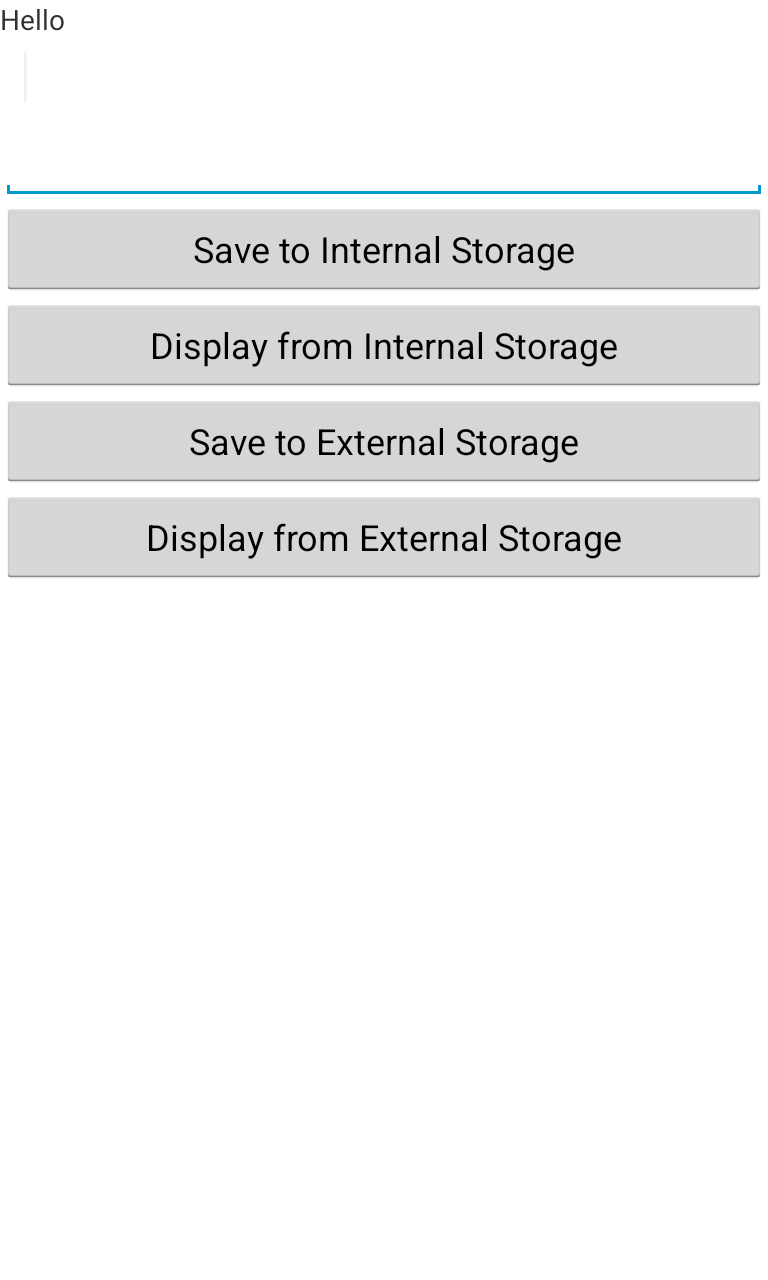
Repository: yashmoda/Android-Practice
Layout: storagedemo/res/layout/activity_main.xml
The author's editor kept a copy of each file at every save. The layout is drawn from the files as they stood at one save, then again after the next save.
It is drawn on a 768 x 1280 px phone screen (xhdpi) without system bars, with theme AppTheme; the app's code is not run.

Above is the layout before, as saved 2017-06-18 05:25:34.

### storagedemo/res/layout/activity_main.xml
<LinearLayout xmlns:android="http://schemas.android.com/apk/res/android"
    xmlns:tools="http://schemas.android.com/tools"
    android:layout_width="match_parent"
    android:layout_height="match_parent"
    android:orientation="vertical">

 <TextView android:layout_width="fill_parent"
  android:layout_height="wrap_content"
  android:text="Hello" />

 <EditText android:id="@+id/myInputText"
     android:layout_width="match_parent"
  android:layout_height="wrap_content"
  android:ems="10" android:lines="5"
  android:minLines="3" android:gravity="top|left"
  android:inputType="textMultiLine">

  <requestFocus />
 </EditText>

 <Button android:id="@+id/saveInternalStorage"
  android:layout_width="match_parent"
  android:layout_height="wrap_content"
  android:text="Save to Internal Storage" />

 <Button android:id="@+id/getInternalStorage"
  android:layout_width="match_parent"
  android:layout_height="wrap_content"
  android:text="Display from Internal Storage" />

 <Button android:id="@+id/saveExternalStorage"
  android:layout_width="match_parent"
  android:layout_height="wrap_content"
  android:text="Save to External Storage" />

 <Button android:id="@+id/getExternalStorage"
  android:layout_width="match_parent"
  android:layout_height="wrap_content"
  android:text="Display from External Storage" />

 <TextView android:id="@+id/responseText"
     android:layout_width="wrap_content"
  android:layout_height="wrap_content" android:padding="5dp"
  android:text=""
  android:textAppearance="?android:attr/textAppearanceMedium" />



</LinearLayout>

Loaded but not shown: storagedemo/res/values/styles.xml (common file); storagedemo/res/values-v11/styles.xml (common file); storagedemo/res/values-v14/styles.xml (common file)

After the next save:
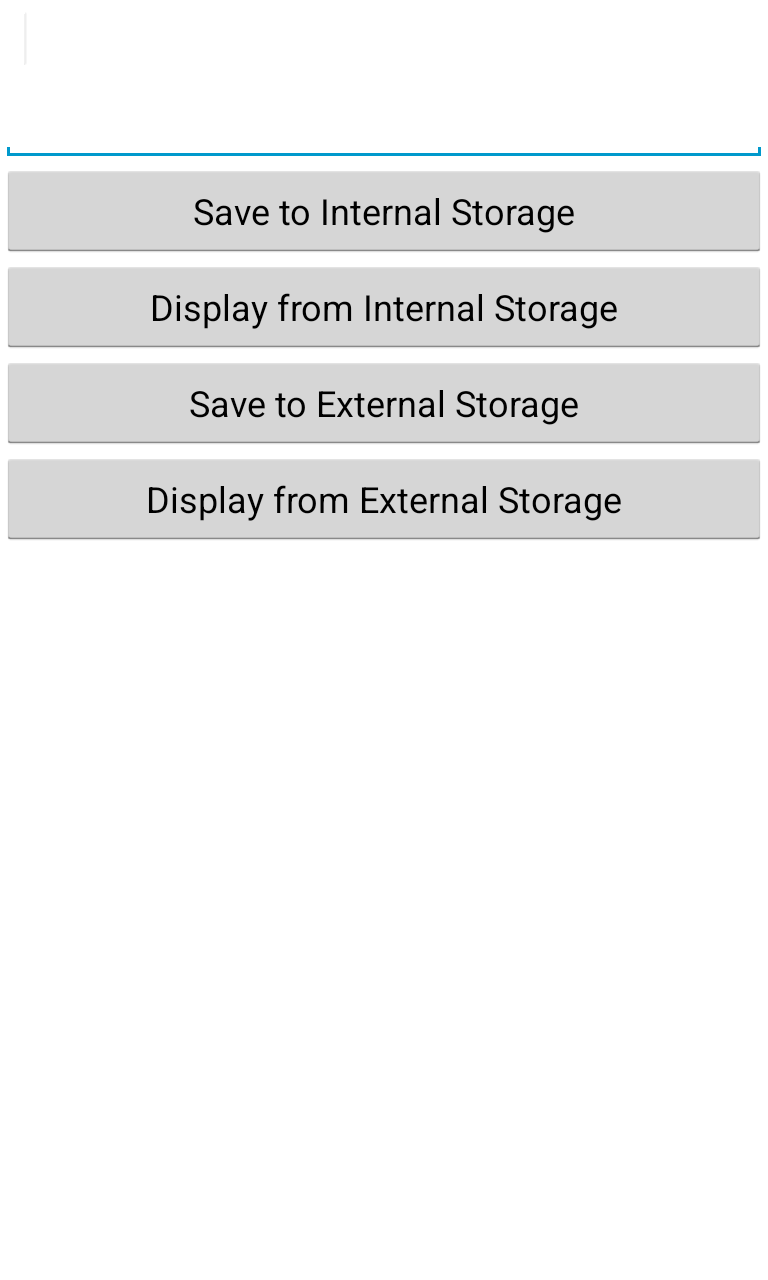
Saved 12 s later.
--- a/storagedemo/res/layout/activity_main.xml
+++ b/storagedemo/res/layout/activity_main.xml
@@ -3,10 +3,6 @@
     android:layout_width="match_parent"
     android:layout_height="match_parent"
     android:orientation="vertical">
-
- <TextView android:layout_width="fill_parent"
-  android:layout_height="wrap_content"
-  android:text="Hello" />
 
  <EditText android:id="@+id/myInputText"
      android:layout_width="match_parent"
